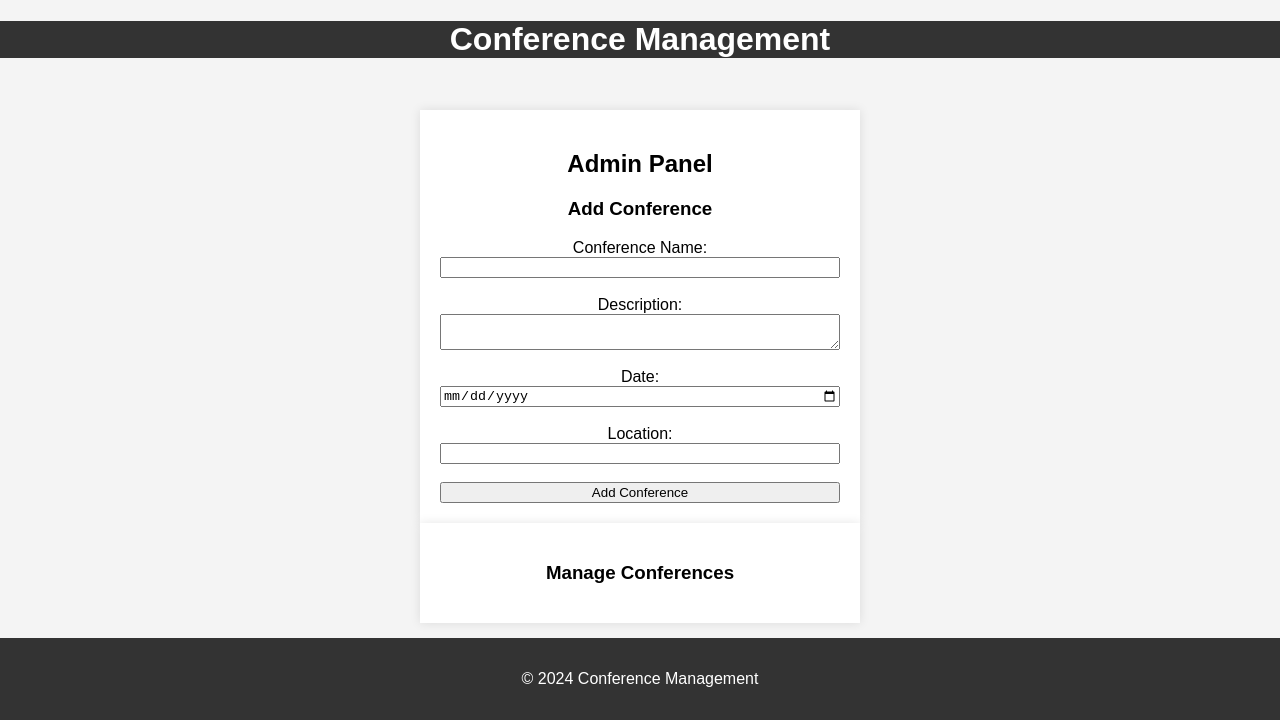
Repository: AMIT1439027/conferenceapp
Page: http://localhost/admin/admin.php
The author's editor kept a copy of each file at every save. The page is drawn from the files as they stood at one save, then again after the next save.
The browser window is 1280 px wide. The pictures show the whole page.
The page is run by PHP 8.4 with error messages shown; the project is at /var/www/html/. Queries for data that is not in the repository find no rows.

Above is the page before, as saved 2024-05-29 14:28:52.

After the next save:
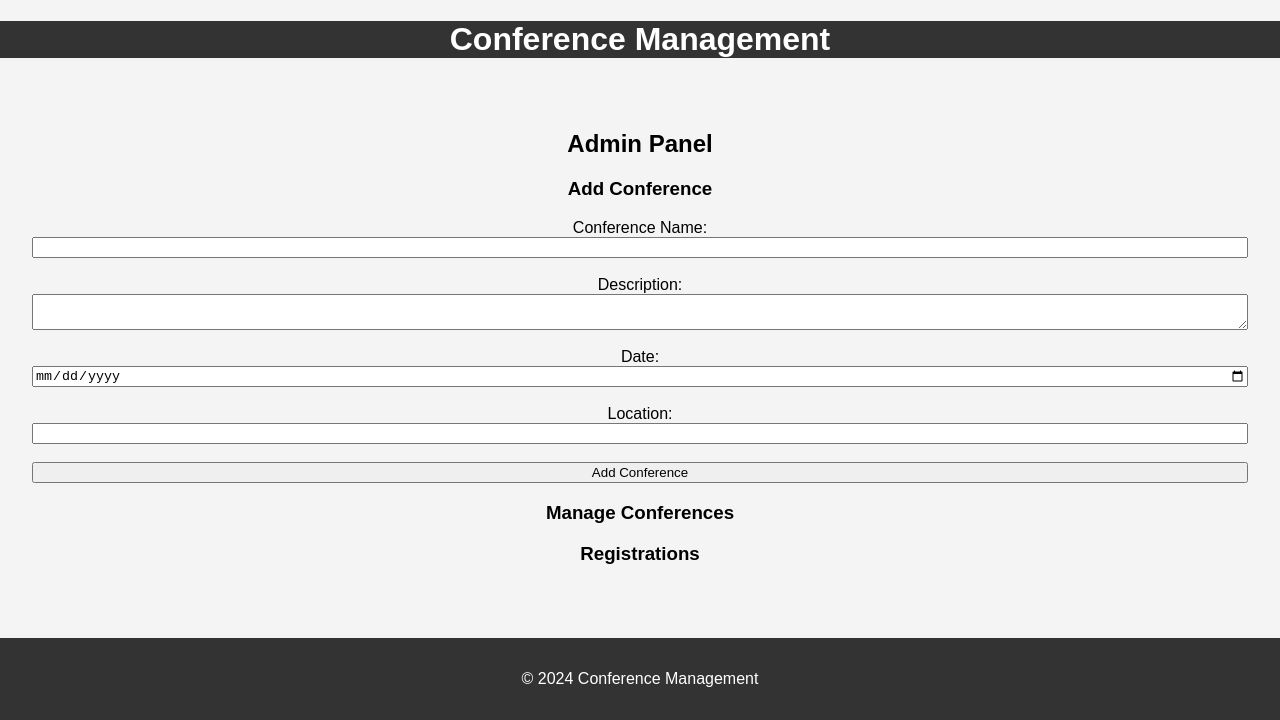
Saved 8 s later.
--- a/admin/admin.php
+++ b/admin/admin.php
@@ -62,7 +62,6 @@ $registrations = $stmt_registrations->fetchAll();
         </nav> -->
     </header>
     <main>
-    <div class="form-container">
         <h2>Admin Panel</h2>
 
         <!-- Add Conference Form -->
@@ -83,10 +82,8 @@ $registrations = $stmt_registrations->fetchAll();
             <br>
             <input type="submit" value="Add Conference">
         </form>
-</div>
+
         <!-- List of Conferences -->
-
-        <div class="form-container">
         <h3>Manage Conferences</h3>
         <ul>
             <?php foreach ($conferences as $conference): ?>
@@ -107,9 +104,8 @@ $registrations = $stmt_registrations->fetchAll();
 
             <?php endforeach; ?>
         </ul>
-        </div>
+
         <!-- List of Registrations -->
-
         <h3>Registrations</h3>
         <ul>
             <?php foreach ($registrations as $registration): ?>
